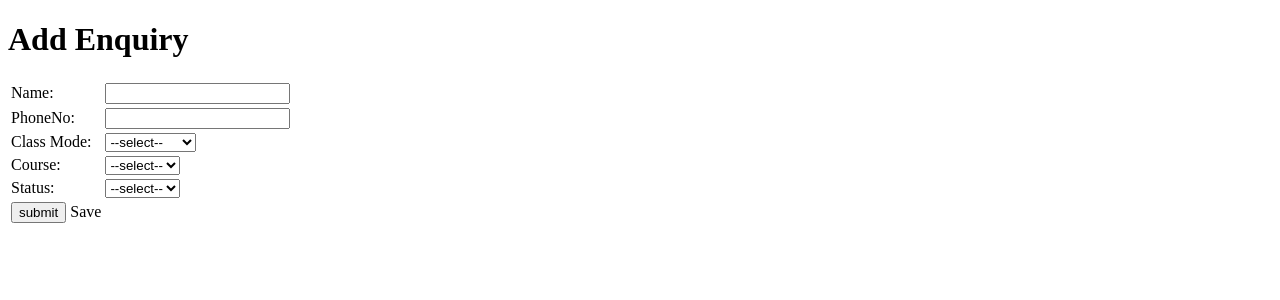
Repository: SitaSangita/Project
Page: http://localhost/addenquiry
These files come from the project's save history. The page is drawn as it stood at one moment and after the next save; the edit follows.
The browser window is 1280 px wide. The pictures show the whole page.
The page is this project's Thymeleaf template; nobody is signed in. The template is opened directly, without the code that normally fills it, so the values that code supplies are empty.

Above is the page before, as saved 2025-01-02 16:14:32.

After the next save:
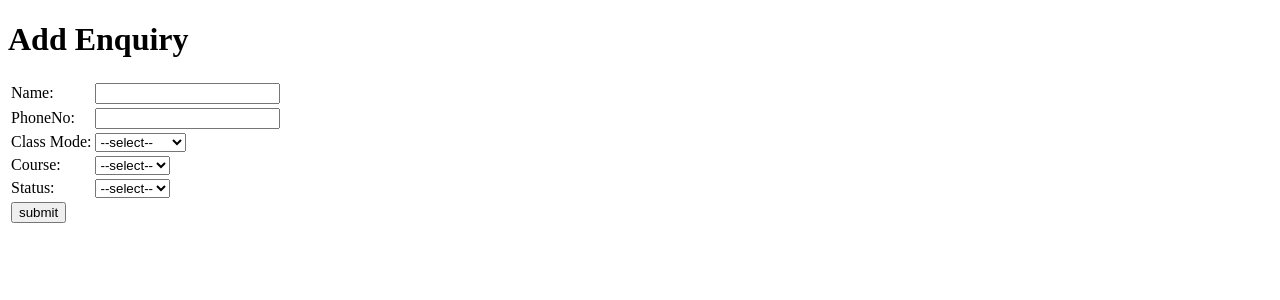
Saved 2 min 32 s later.
--- a/01_CounsellorProtal_MiniProject/src/main/resources/templates/addenquiry.html
+++ b/01_CounsellorProtal_MiniProject/src/main/resources/templates/addenquiry.html
@@ -63,7 +63,7 @@
 				</tr>
 				<tr>
 
-					<td><input type="submit" value="submit" class="btn btn-primary"> Save</td>
+					<td><input type="submit" value="submit" class="btn btn-primary"></td>
 				</tr>
 
 			</table>
